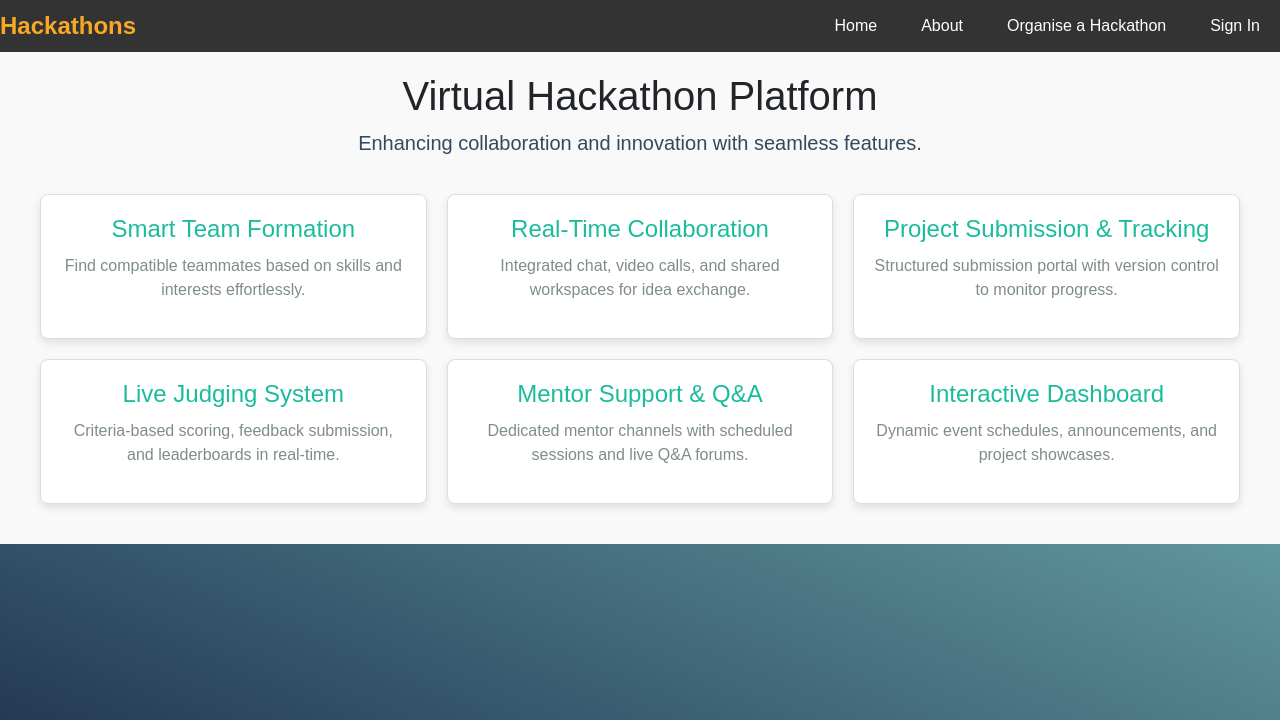
Repository: Ken-Kanike/RUBIX25_41_TECHTITANS
Page: / (app in backend/client/)
These files come from the project's save history. The page is drawn as it stood at one moment and after the next save; the edit follows.
The browser window is 1280 px wide. The pictures show the whole page.
The project was rebuilt for these pictures with package versions that can differ from the ones it lists, and the page was loaded fresh each time. Also part of the build but not shown: backend/client/src/signin.js, backend/client/src/dashboardUSER.css, backend/client/src/dashboardUnavbar.js, backend/client/src/dashboardUSER.js.

Above is the page before, as saved 2025-01-23 02:09:06.

After the next save:
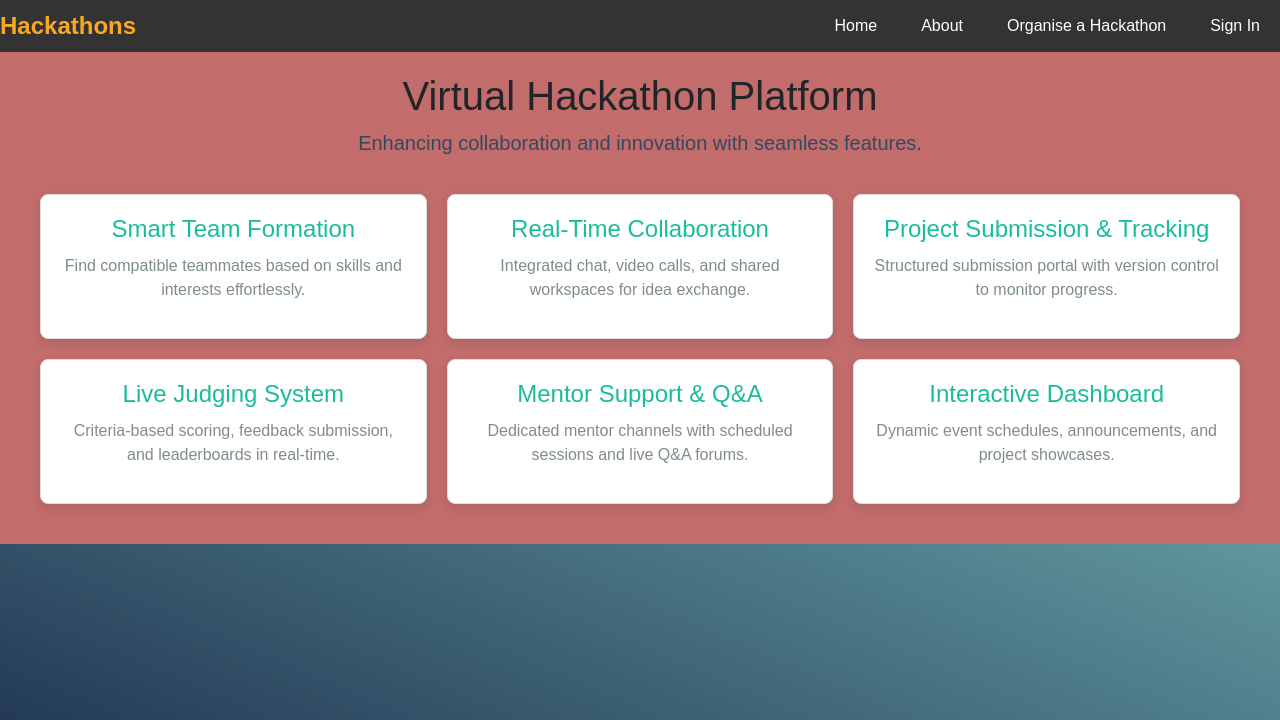
Saved 80 s later.
--- a/backend/client/src/homepage.css
+++ b/backend/client/src/homepage.css
@@ -3,7 +3,7 @@
     font-family: Arial, sans-serif;
     padding: 20px;
     text-align: center;
-    background-color: #f9f9f9;
+    background-color: #c26c6c;
 }
 
 
